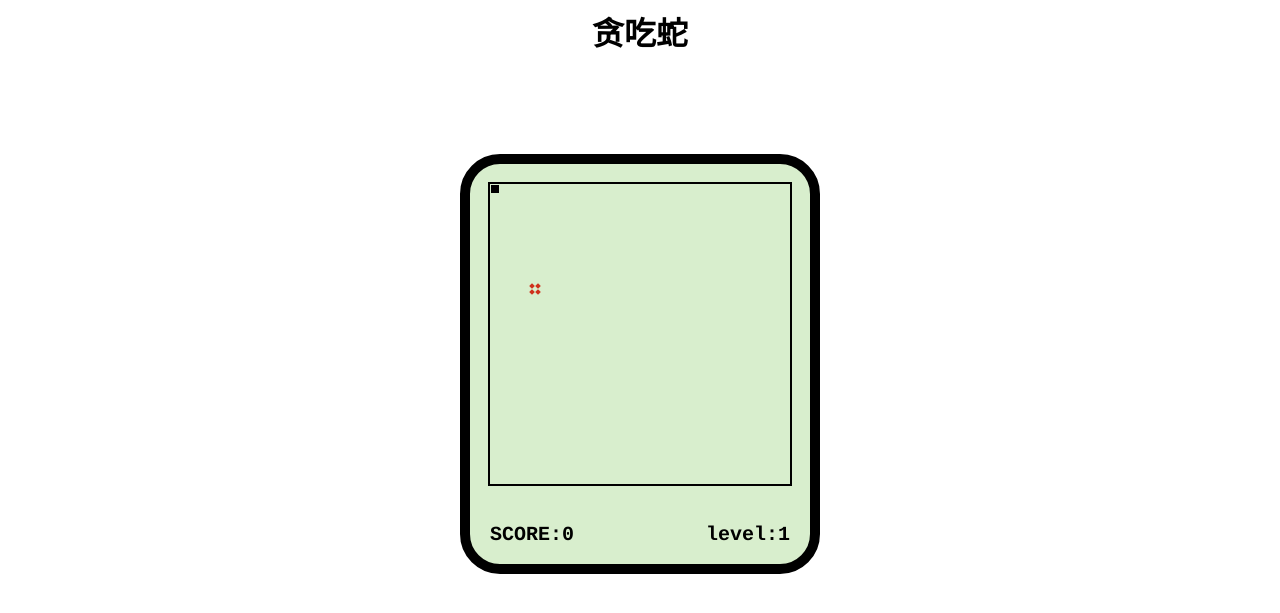
Repository: ziqiaom2/Vue3-cli-test
Page: /greedysnake
The author's editor kept a copy of each file at every save. The page is drawn from the files as they stood at one save, then again after the next save.
The browser window is 1280 px wide. The pictures show the whole page.
The project was rebuilt for these pictures with package versions that can differ from the ones it lists, and the page was loaded fresh each time.

Above is the page before, as saved 2021-12-24 16:26:50.

### src/main.ts
import { createApp } from "vue";
import App from "./App.vue";
import router from "./router";
import store from "./store";

const app = createApp(App)
app.use(router)
app.mount('#app')

### src/App.vue
<template>
  <router-view></router-view>
</template>

<script>


import { reactive, toRefs } from "@vue/reactivity";
import { useRouter } from 'vue-router';
export default {
  name: "App",
  components: {
  },
}
</script>

<style>
/*base*/
body {
  background: #fff;
}
.btn {
  display: inline-block;
  padding: 4px 12px;
  margin-bottom: 0;
  font-size: 14px;
  line-height: 20px;
  text-align: center;
  vertical-align: middle;
  cursor: pointer;
  box-shadow: inset 0 1px 0 rgba(255, 255, 255, 0.2),
    0 1px 2px rgba(0, 0, 0, 0.05);
  border-radius: 4px;
}
.btn-danger {
  color: #fff;
  background-color: #da4f49;
  border: 1px solid #bd362f;
}
.btn-danger:hover {
  color: #fff;
  background-color: #bd362f;
}
.btn:focus {
  outline: none;
}
.todo-container {
  width: 600px;
  margin: 0 auto;
}
.todo-container .todo-wrap {
  padding: 10px;
  border: 1px solid #ddd;
  border-radius: 5px;
}
</style>

### src/router/index.ts
import Vue from 'vue';
import {createRouter,createWebHistory,RouteRecordRaw} from 'vue-router';


import routes from "./routes";

// let firstEnterFlag = true;



const router = createRouter({
  history:createWebHistory(),
  routes
});

export default router;

### src/router/routes.ts
import { RouteRecordRaw } from "vue-router";

const routes :Array<RouteRecordRaw>= [
  {
    path: "/greedysnake",
    name: "greedysnake",
    component:
     () => import(/* webpackChunkName: "greedy-snake" */ "../pages/GreedySnake.vue"),
  },
  {
    path: "/",
    name: "home",
    component:
     () => import(/* webpackChunkName: "Home" */ "../pages/Home.vue"),

  }
];
export default routes;

### src/pages/GreedySnake.vue
<template>
  <h1>贪吃蛇</h1>
  <div class="init">
    <div id="main">
      <div id="stage">
        <div id="snake">
          <!--snake内部的div 表示蛇的各部分-->
          <div></div>
        </div>

        <!--设置食物-->
        <div id="food">
          <!--添加四个小div 来设置食物的样式-->
          <div></div>
          <div></div>
          <div></div>
          <div></div>
        </div>
      </div>
      <!--设置游戏的积分牌-->
      <div id="score-panel">
        <div>SCORE:<span id="score">0</span></div>
        <div>level:<span id="level">1</span></div>
      </div>
    </div>
  </div>
</template>

<script>
import Food from '@/GreedySnake/Food';
export default {
  name: "GreedySnake",
};
</script>

<style lang="less" src='../GreedySnake/index.less' scoped>
</style>

### src/GreedySnake/index.less
// 设置变量
@bg-color: #d8eecd;

//清除默认样式
*{
  margin: 0;
  padding: 0;
  // 改变盒子模型的计算方式
  box-sizing: border-box;
}

.init{
  font: bold 20px "Courier";
}
h1{
  display: flex;
  justify-content: center;
  align-items: center;
}
//设置主窗口的样式
#main{
  width: 360px;
  height: 420px;
  // 设置背景颜色
  background-color: @bg-color;
  // 设置居中
  margin: 100px auto;
  border: 10px solid black;
  // 设置圆角
  border-radius: 40px;

  // 开启弹性盒模型
  display: flex;
  // 设置主轴的方向
  flex-flow: column;
  // 设置侧轴的对齐方式
  align-items: center;
  // 设置主轴的对齐方式
  justify-content: space-around;

  // 游戏舞台
  #stage{
    width: 304px;
    height: 304px;
    border: 2px solid black;
    // 开启相对定位
    position: relative;

    // 设置蛇的样式
    #snake{
      &>div{
        width: 10px;
        height: 10px;
        background-color: #000;
        border: 1px solid @bg-color;
        // 开启绝对定位
        position: absolute;
      }
    }

    // 设置食物
    #food{
      width: 10px;
      height: 10px;
      position: absolute;
      left: 40px;
      top: 100px;

      // 开启弹性盒
      display: flex;
      // 设置横轴为主轴，wrap表示会自动换行
      flex-flow: row wrap;

      // 设置主轴和侧轴的空白空间分配到元素之间
      justify-content: space-between;
      align-content: space-between;

      &>div{
        width: 4px;
        height: 4px;
        background-color: rgb(207, 48, 27);

        // 使四个div旋转45度
        transform: rotate(45deg);
      }
    }
  }

  // 记分牌
  #score-panel{
    width: 300px;
    display: flex;
    // 设置主轴的对齐方式
    justify-content: space-between;
  }
}

### src/GreedySnake/Food.ts
export default class Food {
  element: HTMLElement;
  constructor() {
    this.element = document.getElementById("food")!;
  }

  get X() {
    return this.element.offsetLeft;
  }
  get Y() {
    return this.element.offsetTop;
  }
  change() {
    const top = Math.round(Math.random() * 29) * 10;
    const left = Math.round(Math.random() * 29) * 10;

    this.element.style.left = left + "px";
    this.element.style.top = left + "px";
  }
}

Loaded but not shown: public/index.html (common file)

After the next save:
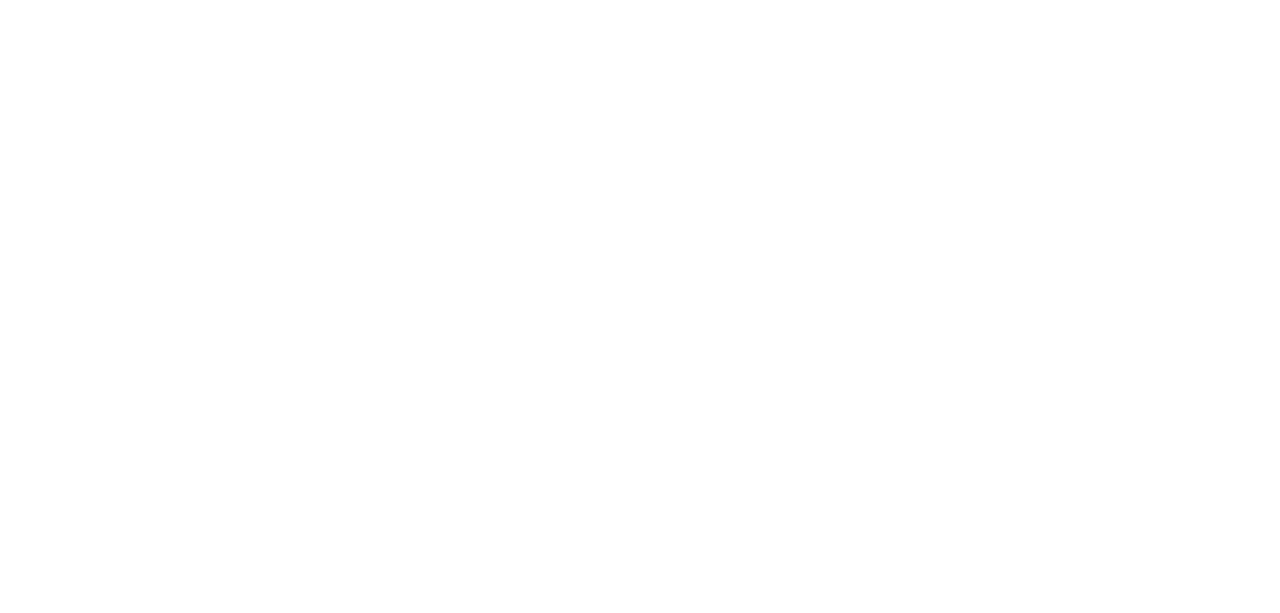
Saved 2 min 40 s later.
--- a/src/GreedySnake/Food.ts
+++ b/src/GreedySnake/Food.ts
@@ -18,3 +18,8 @@
     this.element.style.top = left + "px";
   }
 }
+
+const food =  new Food();
+console.log(food.X, food.Y);
+food.change();
+console.log(food.X, food.Y);

After the save that followed:
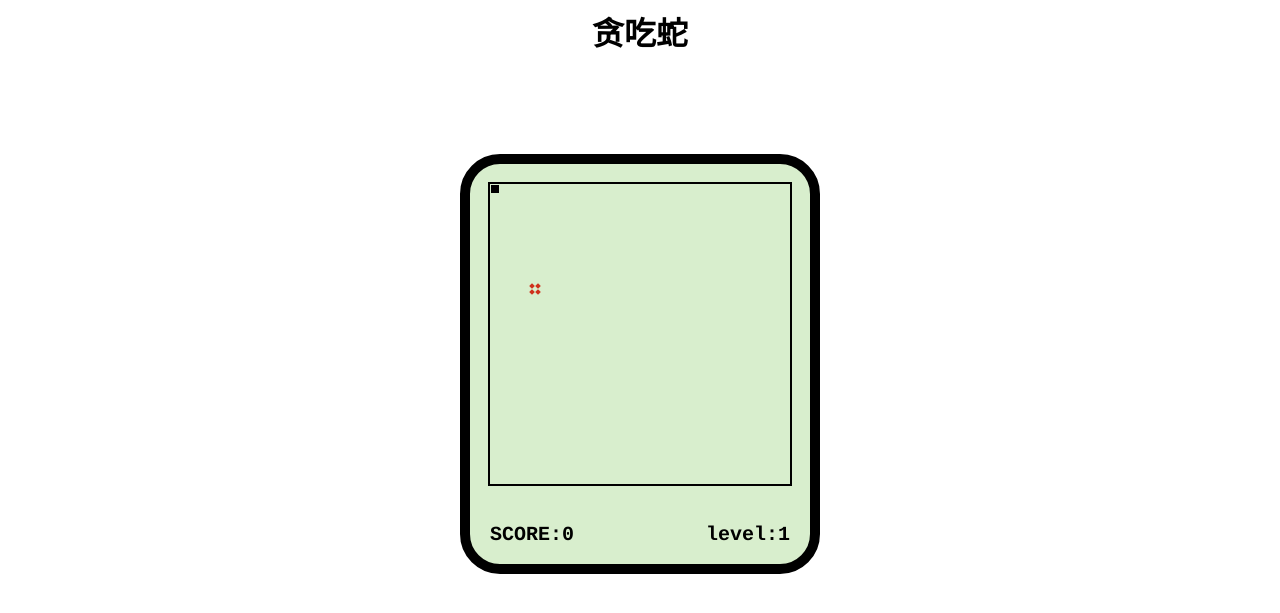
Saved 45 s later.
--- a/src/GreedySnake/Food.ts
+++ b/src/GreedySnake/Food.ts
@@ -18,8 +18,3 @@
     this.element.style.top = left + "px";
   }
 }
-
-const food =  new Food();
-console.log(food.X, food.Y);
-food.change();
-console.log(food.X, food.Y);
